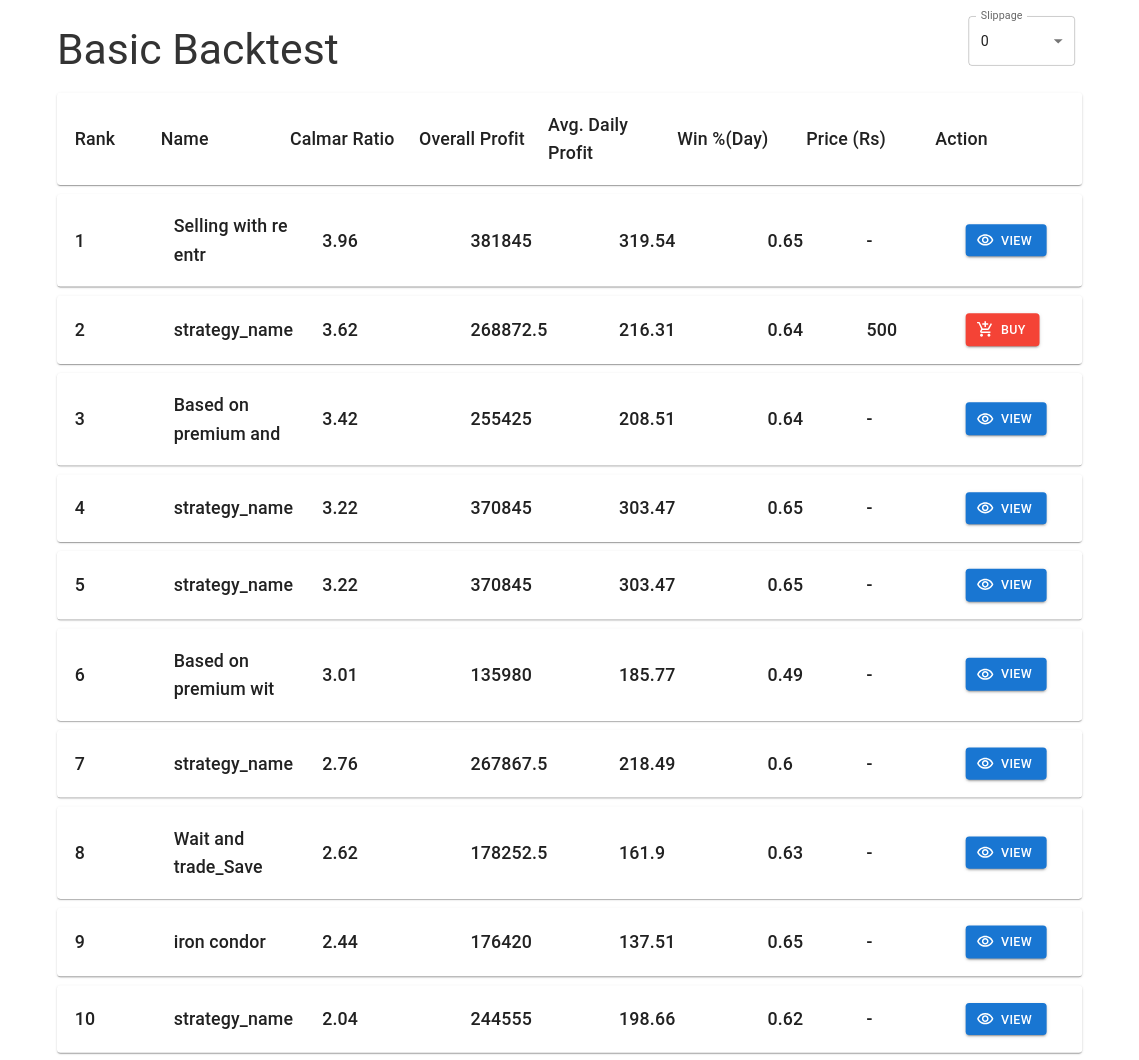
Repository: PraTEEkgUpTa2/Leaderboard
Page: /
An editor plug-in stored every save of this project. The page is shown before and after the next save, followed by the edit.
The browser window is 1280 px wide. The pictures show the whole page, at 89% of full size.
The project was rebuilt for these pictures with package versions that can differ from the ones it lists, and the page was loaded fresh each time. Also part of the build but not shown: src/App.css.

Above is the page before, as saved 2024-05-28 13:56:14.

### src/index.js
import React from 'react';
import ReactDOM from 'react-dom';
import { ThemeProvider } from '@mui/material/styles';
import App from './App';
import theme from './theme'; // Import the theme object

const root = ReactDOM.createRoot(document.getElementById('root'));
root.render(

  <ThemeProvider theme={theme}>
  <App />
</ThemeProvider>

);

// If you want to start measuring performance in your app, pass a function
// to log results (for example: reportWebVitals(console.log))
// or send to an analytics endpoint. Learn more: https://bit.ly/CRA-vitals

### src/App.js
import React from 'react';
import './App.css';
import Leaderboard from './Leaderboard';

function App() {
  return (
    <div className="App">
      <Leaderboard />
    </div>
  );
}

export default App;

### src/theme.js
// theme.js

import { createTheme } from '@mui/material/styles';

const theme = createTheme({
  palette: {
    primary: {
      main: '#1976d2', // Background color for the table header
      dark: '#135fa8', // Hover color for primary buttons
    },
    error: {
      main: '#f44336', // Background color for "Buy" button
      dark: '#d32f2f', // Hover color for "Buy" button
    },
    common: {
      white: '#fff', // Text color for table header and buttons
    },
  },
});

export default theme;

### src/Leaderboard.js
import React, { useState } from 'react';
import data from './data.json';
import { Container, Box, Typography, FormControl, InputLabel, Select, MenuItem, Paper, Button } from '@mui/material';
import { VisibilityOutlined, AddShoppingCartOutlined } from '@mui/icons-material';
import { styled } from '@mui/system';
import { Line } from 'react-chartjs-2';
import 'chart.js/auto';

const TabContainer = styled(Box)(({ theme }) => ({
  display: 'flex',
  flexDirection: 'column',
  gap: '10px',
  marginTop: '20px',
}));

const Tab = styled(Paper)(({ theme }) => ({
  display: 'flex',
  justifyContent: 'space-between',
  alignItems: 'center',
  padding: '20px',
  transition: 'transform 0.3s, box-shadow 0.3s',
  '&:hover': {
    transform: 'translateY(-5px)',
    boxShadow: theme.shadows[5],
    zIndex: 1,
    position: 'relative',
  },
}));

const ViewButton = styled(Button)(({ theme }) => ({
  backgroundColor: theme.palette.primary.main,
  color: theme.palette.common.white,
  '&:hover': {
    backgroundColor: theme.palette.primary.dark,
  },
  '& .MuiButton-startIcon': {
    marginRight: theme.spacing(1),
  },
}));

const BuyButton = styled(Button)(({ theme }) => ({
  backgroundColor: theme.palette.error.main,
  color: theme.palette.common.white,
  '&:hover': {
    backgroundColor: theme.palette.error.dark,
  },
  '& .MuiButton-startIcon': {
    marginRight: theme.spacing(1),
  },
}));

const ChartCard = styled(Box)(({ theme }) => ({
  marginTop: '20px',
  padding: '20px',
  boxShadow: theme.shadows[3],
}));

const Leaderboard = () => {
  const [selectedRow, setSelectedRow] = useState(null);

  const handleRowClick = (row) => {
    setSelectedRow(row);
  };

  return (
    <Container>
      <Box display="flex" justifyContent="space-between" alignItems="center">
        <Typography variant="h3" style={{ color: '#333', marginTop: '20px' }}>
          Basic Backtest
        </Typography>
        <FormControl sx={{ m: 1, minWidth: 120 }}>
          <InputLabel id="slippage-label">Slippage</InputLabel>
          <Select
            labelId="slippage-label"
            id="slippage-select"
            defaultValue={0}
            label="Slippage"
          >
            <MenuItem value={0}>0</MenuItem>
            <MenuItem value={0.5}>0.5</MenuItem>
            <MenuItem value={1}>1</MenuItem>
          </Select>
        </FormControl>
      </Box>
      <TabContainer>
      <Tab >
      <Box flexBasis="10%">
              <Typography variant="h6">Rank</Typography>
            </Box>
            <Box flexBasis="15%">
              <Typography variant="h6">Name</Typography>
            </Box>
            <Box flexBasis="15%">
              <Typography variant="h6">Calmar Ratio</Typography>
            </Box>
            <Box flexBasis="15%">
              <Typography variant="h6">Overall Profit</Typography>
            </Box>
            <Box flexBasis="15%">
              <Typography variant="h6">Avg. Daily Profit</Typography>
            </Box>
            <Box flexBasis="15%">
              <Typography variant="h6">Win %(Day)</Typography>
            </Box>
            <Box flexBasis="15%">
              <Typography variant="h6">Price (Rs)</Typography>
            </Box>
            <Box flexBasis="15%">
              <Typography variant="h6">Action</Typography>
            </Box>
            </Tab>
        {data.map((row) => (
          <Tab key={row.Rank} onClick={() => handleRowClick(row)}>
            <Box flexBasis="10%">
              <Typography variant="h6">{row.Rank}</Typography>
            </Box>
            <Box flexBasis="15%">
              <Typography variant="h6">{row.Name}</Typography>
            </Box>
            <Box flexBasis="15%">
              <Typography variant="h6">{row["Calmar Ratio"]}</Typography>
            </Box>
            <Box flexBasis="15%">
              <Typography variant="h6">{row["Overall Profit"]}</Typography>
            </Box>
            <Box flexBasis="15%">
              <Typography variant="h6">{row["Avg. Daily Profit"]}</Typography>
            </Box>
            <Box flexBasis="10%">
              <Typography variant="h6">{row["Win %(Day)"]}</Typography>
            </Box>
            <Box flexBasis="10%">
              <Typography variant="h6">{row["Price (Rs)"] ? row["Price (Rs)"] : '-'}</Typography>
            </Box>
            <Box flexBasis="10%">
              {row.Action === 'View' ? (
                <ViewButton startIcon={<VisibilityOutlined />} variant="contained">
                  View
                </ViewButton>
              ) : (
                <BuyButton startIcon={<AddShoppingCartOutlined />} variant="contained">
                  Buy
                </BuyButton>
              )}
            </Box>
          </Tab>
        ))}
      </TabContainer>
      {selectedRow && (
        <ChartCard>
          <Typography variant="h6">{selectedRow.Name}</Typography>
          <Line
            data={{
              labels: ['Calmar Ratio', 'Overall Profit', 'Avg. Daily Profit', 'Win % (Day)', 'Price (Rs)'],
              datasets: [
                {
                  label: selectedRow.Name,
                  data: [
                    selectedRow['Calmar Ratio'],
                    selectedRow['Overall Profit'],
                    selectedRow['Avg. Daily Profit'],
                    selectedRow['Win %(Day)'],
                    selectedRow['Price (Rs)'],
                  ],
                  backgroundColor: ['#FF6384', '#36A2EB', '#FFCE56', '#66BB6A', '#FF7043'],
                  borderColor: ['#FF6384', '#36A2EB', '#FFCE56', '#66BB6A', '#FF7043'],
                  borderWidth: 1,
                },
              ],
            }}
          />
        </ChartCard>
      )}
    </Container>
  );
};

export default Leaderboard;

### src/data.json
[
    {
        "Rank": 1,
        "Name": "Selling with re entr",
        "Calmar Ratio": 3.96,
        "Overall Profit": 381845,
        "Avg. Daily Profit": 319.54,
        "Win %(Day)": 0.65,
        "Price (Rs)": null,
        "Action": "View"
    },
    {
        "Rank": 2,
        "Name": "strategy_name",
        "Calmar Ratio": 3.62,
        "Overall Profit": 268872.5,
        "Avg. Daily Profit": 216.31,
        "Win %(Day)": 0.64,
        "Price (Rs)": 500,
        "Action": "Buy"
    },
    {
        "Rank": 3,
        "Name": "Based on premium and",
        "Calmar Ratio": 3.42,
        "Overall Profit": 255425,
        "Avg. Daily Profit": 208.51,
        "Win %(Day)": 0.64,
        "Price (Rs)": null,
        "Action": "View"
    },
    {
        "Rank": 4,
        "Name": "strategy_name",
        "Calmar Ratio": 3.22,
        "Overall Profit": 370845,
        "Avg. Daily Profit": 303.47,
        "Win %(Day)": 0.65,
        "Price (Rs)": null,
        "Action": "View"
    },
    {
        "Rank": 5,
        "Name": "strategy_name",
        "Calmar Ratio": 3.22,
        "Overall Profit": 370845,
        "Avg. Daily Profit": 303.47,
        "Win %(Day)": 0.65,
        "Price (Rs)": null,
        "Action": "View"
    },
    {
        "Rank": 6,
        "Name": "Based on premium wit",
        "Calmar Ratio": 3.01,
        "Overall Profit": 135980,
        "Avg. Daily Profit": 185.77,
        "Win %(Day)": 0.49,
        "Price (Rs)": null,
        "Action": "View"
    },
    {
        "Rank": 7,
        "Name": "strategy_name",
        "Calmar Ratio": 2.76,
        "Overall Profit": 267867.5,
        "Avg. Daily Profit": 218.49,
        "Win %(Day)": 0.6,
        "Price (Rs)": null,
        "Action": "View"
    },
    {
        "Rank": 8,
        "Name": "Wait and trade_Save",
        "Calmar Ratio": 2.62,
        "Overall Profit": 178252.5,
        "Avg. Daily Profit": 161.9,
        "Win %(Day)": 0.63,
        "Price (Rs)": null,
        "Action": "View"
    },
    {
        "Rank": 9,
        "Name": "iron condor",
        "Calmar Ratio": 2.44,
        "Overall Profit": 176420,
        "Avg. Daily Profit": 137.51,
        "Win %(Day)": 0.65,
        "Price (Rs)": null,
        "Action": "View"
    },
    {
        "Rank": 10,
        "Name": "strategy_name",
        "Calmar Ratio": 2.04,
        "Overall Profit": 244555,
        "Avg. Daily Profit": 198.66,
        "Win %(Day)": 0.62,
        "Price (Rs)": null,
        "Action": "View"
    }
]

Loaded but not shown: public/index.html (common file)

After the next save:
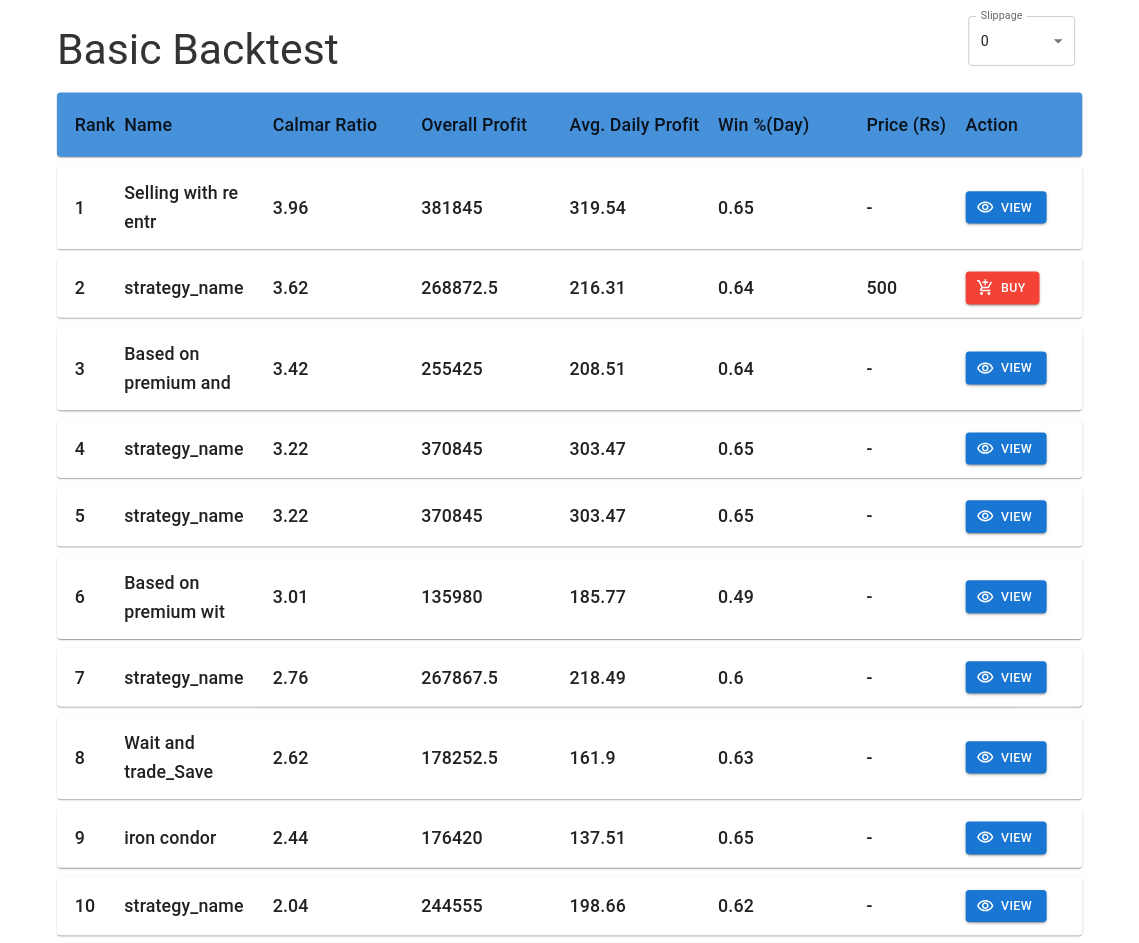
Saved 2 min 38 s later.
--- a/src/Leaderboard.js
+++ b/src/Leaderboard.js
@@ -13,11 +13,19 @@ const TabContainer = styled(Box)(({ theme }) => ({
   marginTop: '20px',
 }));
 
+const TabHeader = styled(Paper)(({ theme }) => ({
+  display: 'flex',
+  justifyContent: 'space-between',
+  alignItems: 'center',
+  padding: '20px',
+  backgroundColor: theme.palette.primary.light,
+}));
+
 const Tab = styled(Paper)(({ theme }) => ({
   display: 'flex',
   justifyContent: 'space-between',
   alignItems: 'center',
-  padding: '20px',
+  padding: '15px 20px',
   transition: 'transform 0.3s, box-shadow 0.3s',
   '&:hover': {
     transform: 'translateY(-5px)',
@@ -83,35 +91,35 @@ const Leaderboard = () => {
         </FormControl>
       </Box>
       <TabContainer>
-      <Tab >
-      <Box flexBasis="10%">
-              <Typography variant="h6">Rank</Typography>
-            </Box>
-            <Box flexBasis="15%">
-              <Typography variant="h6">Name</Typography>
-            </Box>
-            <Box flexBasis="15%">
-              <Typography variant="h6">Calmar Ratio</Typography>
-            </Box>
-            <Box flexBasis="15%">
-              <Typography variant="h6">Overall Profit</Typography>
-            </Box>
-            <Box flexBasis="15%">
-              <Typography variant="h6">Avg. Daily Profit</Typography>
-            </Box>
-            <Box flexBasis="15%">
-              <Typography variant="h6">Win %(Day)</Typography>
-            </Box>
-            <Box flexBasis="15%">
-              <Typography variant="h6">Price (Rs)</Typography>
-            </Box>
-            <Box flexBasis="15%">
-              <Typography variant="h6">Action</Typography>
-            </Box>
-            </Tab>
+        <TabHeader>
+          <Box flexBasis="5%">
+            <Typography variant="h6">Rank</Typography>
+          </Box>
+          <Box flexBasis="15%">
+            <Typography variant="h6">Name</Typography>
+          </Box>
+          <Box flexBasis="15%">
+            <Typography variant="h6">Calmar Ratio</Typography>
+          </Box>
+          <Box flexBasis="15%">
+            <Typography variant="h6">Overall Profit</Typography>
+          </Box>
+          <Box flexBasis="15%">
+            <Typography variant="h6">Avg. Daily Profit</Typography>
+          </Box>
+          <Box flexBasis="15%">
+            <Typography variant="h6">Win %(Day)</Typography>
+          </Box>
+          <Box flexBasis="10%">
+            <Typography variant="h6">Price (Rs)</Typography>
+          </Box>
+          <Box flexBasis="10%">
+            <Typography variant="h6">Action</Typography>
+          </Box>
+        </TabHeader>
         {data.map((row) => (
           <Tab key={row.Rank} onClick={() => handleRowClick(row)}>
-            <Box flexBasis="10%">
+            <Box flexBasis="5%">
               <Typography variant="h6">{row.Rank}</Typography>
             </Box>
             <Box flexBasis="15%">
@@ -126,7 +134,7 @@ const Leaderboard = () => {
             <Box flexBasis="15%">
               <Typography variant="h6">{row["Avg. Daily Profit"]}</Typography>
             </Box>
-            <Box flexBasis="10%">
+            <Box flexBasis="15%">
               <Typography variant="h6">{row["Win %(Day)"]}</Typography>
             </Box>
             <Box flexBasis="10%">
@@ -162,12 +170,24 @@ const Leaderboard = () => {
                     selectedRow['Win %(Day)'],
                     selectedRow['Price (Rs)'],
                   ],
-                  backgroundColor: ['#FF6384', '#36A2EB', '#FFCE56', '#66BB6A', '#FF7043'],
-                  borderColor: ['#FF6384', '#36A2EB', '#FFCE56', '#66BB6A', '#FF7043'],
+                  backgroundColor: '#36A2EB',
+                  borderColor: '#36A2EB',
                   borderWidth: 1,
+                  fill: false,
                 },
               ],
             }}
+            options={{
+              responsive: true,
+              maintainAspectRatio: false,
+              scales: {
+                y: {
+                  beginAtZero: true,
+                },
+              },
+            }}
+            height={400}
+            width={600}
           />
         </ChartCard>
       )}
